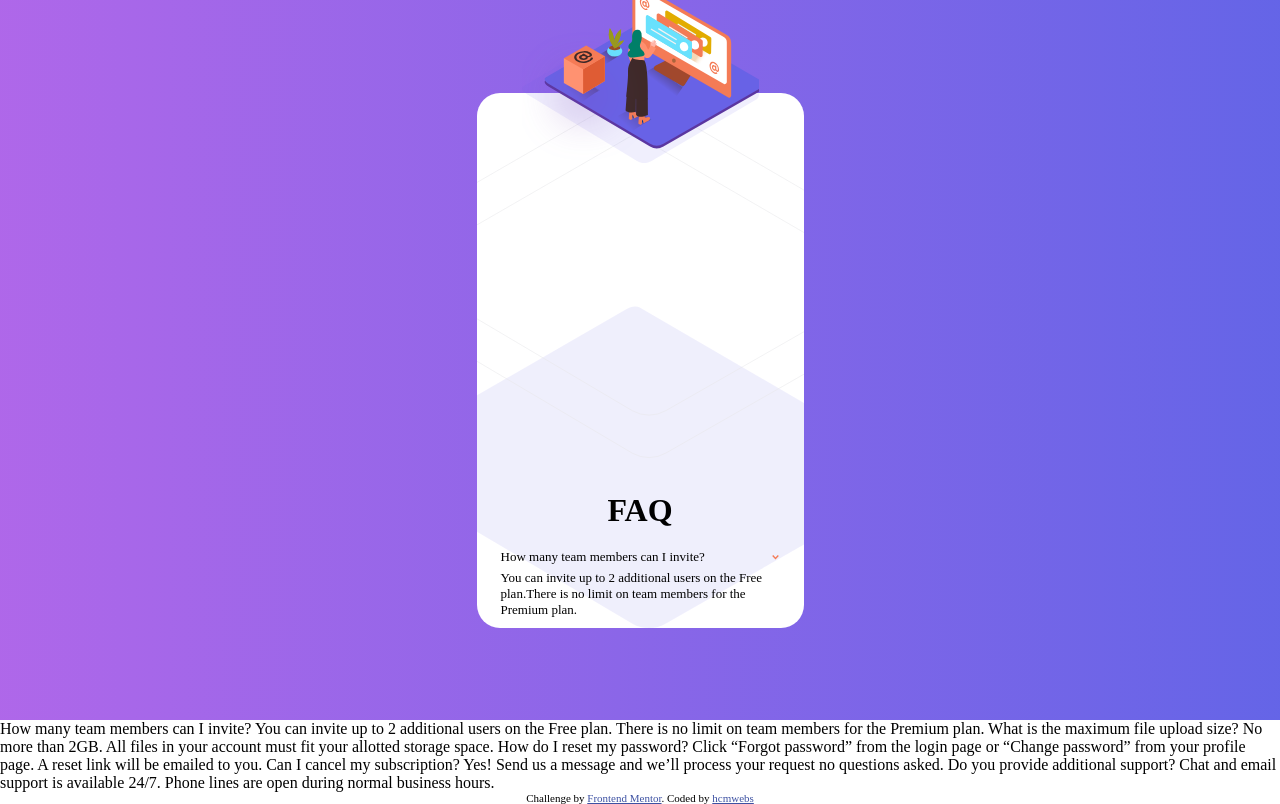
Repository: Hcmwebs/faq-accordion-card
Page: index.html
An editor plug-in stored every save of this project. The page is shown before and after the next save, followed by the edit.
The browser window is 1280 px wide. The pictures show the whole page.
The style sheet was rebuilt from its Sass, Less or Tailwind sources for each picture, by a compiler version that may differ from the author's.

Above is the page before, as saved 2020-11-06 01:44:58.

### index.html
<!DOCTYPE html>
<html lang="en">
  <head>
    <meta charset="UTF-8" />
    <meta name="viewport" content="width=device-width, initial-scale=1.0" />
    <!-- displays site properly based on user's device -->

    <link
      rel="icon"
      type="image/png"
      sizes="32x32"
      href="./images/favicon-32x32.png"
    />
    <link rel="stylesheet" href="css/main.min.css" />

    <title>Frontend Mentor | FAQ Accordion Card</title>

    <!-- Feel free to remove these styles or customise in your own stylesheet 👍 -->
    <style>
      .attribution {
        font-size: 11px;
        text-align: center;
      }
      .attribution a {
        color: hsl(228, 45%, 44%);
      }
    </style>
  </head>
  <body>
    <div class="container">
      <div class="card">
        <div class="card__header">
          <img
            src="/images/illustration-woman-online-mobile.svg"
            alt="image of a woman online"
          />
        </div>

        <div class="card__body">
          <h1 class="card__body--title">faq</h1>
          <div class="card__body--item">
            <div class="card__body--item--title">
              <h2>How many team members can I invite?</h2>
              <span>
                <img src="/images/icon-arrow-down.svg" alt="icon-arrow-down" />
              </span>
            </div>
            <p>
              You can invite up to 2 additional users on the Free <br />
              plan.There is no limit on team members for the Premium plan.
            </p>
          </div>
          <div class="divider"></div>
        </div>
      </div>
    </div>

    How many team members can I invite? You can invite up to 2 additional users
    on the Free plan. There is no limit on team members for the Premium plan.
    What is the maximum file upload size? No more than 2GB. All files in your
    account must fit your allotted storage space. How do I reset my password?
    Click “Forgot password” from the login page or “Change password” from your
    profile page. A reset link will be emailed to you. Can I cancel my
    subscription? Yes! Send us a message and we’ll process your request no
    questions asked. Do you provide additional support? Chat and email support
    is available 24/7. Phone lines are open during normal business hours.

    <div class="attribution">
      Challenge by
      <a href="https://www.frontendmentor.io?ref=challenge" target="_blank"
        >Frontend Mentor</a
      >. Coded by
      <a
        href="https://github.com/Hcmwebs/faq-accordion-card.git"
        target="_blank"
        rel="noopener noreferrer"
        >hcmwebs</a
      >
    </div>
  </body>
</html>

### scss/main.scss

// /*====fonts====*/

// @import url('https://fonts.googleapis.com/css2?family=Kumbh+Sans:wght@400;700&display=swap');

// $font-stack: 'Kumbh Sans',sans-serif;
// $font-size: 10px;
// $font-light: 400;
// $font-bold: 700;


// /*====primary color====*/
// /*====text-color====*/

// $veryDarkDesaturatedBlue: hsl(238, 29%, 16%);
// $softRed: hsl(14, 88%, 65%);

// /*====background -gradient====*/

// $gradientSoftViolet: hsl(273, 75%, 66%);
// $gradientSoftBlue: hsl(240, 73%, 65%);

// /*====Neutral color====*/
// /*====text-color====*/

// $veryDarkGrayishBlue: hsl(237, 12%, 33%);
// $darkGrayishBlue: hsl(240, 6%, 50%);

// /*====dividers-color====*/

// $dividersLightGrayishBlue: hsl(240, 5%, 91%);

@import 'variables';
@import 'mixins';


*{
  margin: 0;
  padding: 0;
  box-sizing: border-box;
}

.body{
width: 100%;
height: 100vh;
font-family: 'Kumbh Sans',sans-serif;
font-size: $font-size;
font-weight: $font-light;
@include grid($center, $center);
}

.container{
  width: 100%;
  height: 100vh;
  background: linear-gradient(90deg,$gradientSoftViolet 0%,$gradientSoftBlue 100%);
  @include flex($column, $center, $center);

  .card{
    width: 327px;
    height:535px;
    background-color: #fff;
    border-radius:23px;
    padding: 10px;
    @include flex(column,space-between,center);


    &__header{
      width: 237px;
      height: 180px;
      background-image: url(/images/bg-pattern-mobile.svg );
      background-size:contain;
      background-repeat: no-repeat;
      background-position: bottom center;
      transform: translateY(-120px);

      img{
        width: 100%;
        height: 100%;
        object-fit: cover;
      }

    }


    &__body{
      @include flex($column,$spaceBetween,$center);
      width: 100%;

      &--title{
      font-weight: $font-bold;
      font-size: 32px;
      text-transform: uppercase;
      margin-bottom: 20px;
      }

      &--item{
        width: 279px;

        @include grid($center,$center);


        &--title{
          width: 100%;
          @include flex($row,$spaceBetween,$center);

          h2{
            font-size: 13px;
            font-weight: $font-light;
          }
          span{
            width: 8px;
            height: 4px;
            color:$softRed;
            @include grid($center,$center);



            img{
              width: 100%;
              height: 100%;
              object-fit: cover;

            }
          }
        }

        p{
          font-size: 13px;
          margin-top: 5px;
          // display: none;
        }

      }


    }

  }
}

@import 'medias';

### scss/_variables.scss
/*====fonts====*/

@import url('https://fonts.googleapis.com/css2?family=Kumbh+Sans:wght@400;700&display=swap');

$font-stack: 'Kumbh Sans',sans-serif;
$font-size: 10px;
$font-light: 400;
$font-bold: 700;


/*====primary color====*/
/*====text-color====*/

$veryDarkDesaturatedBlue: hsl(238, 29%, 16%);
$softRed: hsl(14, 88%, 65%);

/*====background -gradient====*/

$gradientSoftViolet: hsl(273, 75%, 66%) ;
$gradientSoftBlue: hsl(240, 73%, 65%);

/*====Neutral color====*/
/*====text-color====*/

$veryDarkGrayishBlue: hsl(237, 12%, 33%);
$darkGrayishBlue: hsl(240, 6%, 50%);

/*====dividers-color====*/

$dividersLightGrayishBlue: hsl(240, 5%, 91%);


/*====alignments====*/
$flexStart: flex-start;
$flexEnd: flex-End;
$center: center;
$spaceAround: space-around;
$spaceBetween: space-between;


/*====placeItems====*/

$placeItems: place-items;


/*====justify====*/

$justify: justify-content;

/*====align====*/
$align: align-items;

/*====direction====*/
$direction: flex-direction;
$row:row;
$column:column;

### scss/_mixins.scss
/*====grid====*/
@mixin grid ($justify,$align){

  display: grid;
  justify-content: $justify;
  align-items: $align;
}

@mixin flex ($direction, $justify, $align) {
  display: flex;
  flex-direction: $direction;
  justify-content: $justify;
  align-items: $align;

}

### scss/_medias.scss
/*====Mobile: 375px;====*/
/*====Desktop: 1440px;====*/


@media(max-width: 1440px){
  .container{
    min-width: 800px;


    .card{
      background-position: center center;
      background-repeat:no-repeat;
      background-size:cover;
      background-image:url(/images/bg-pattern-desktop.svg);
    }
  }
}

@media(max-width:375px){
  .container{
    min-width:320px;
  }
}

After the next save:
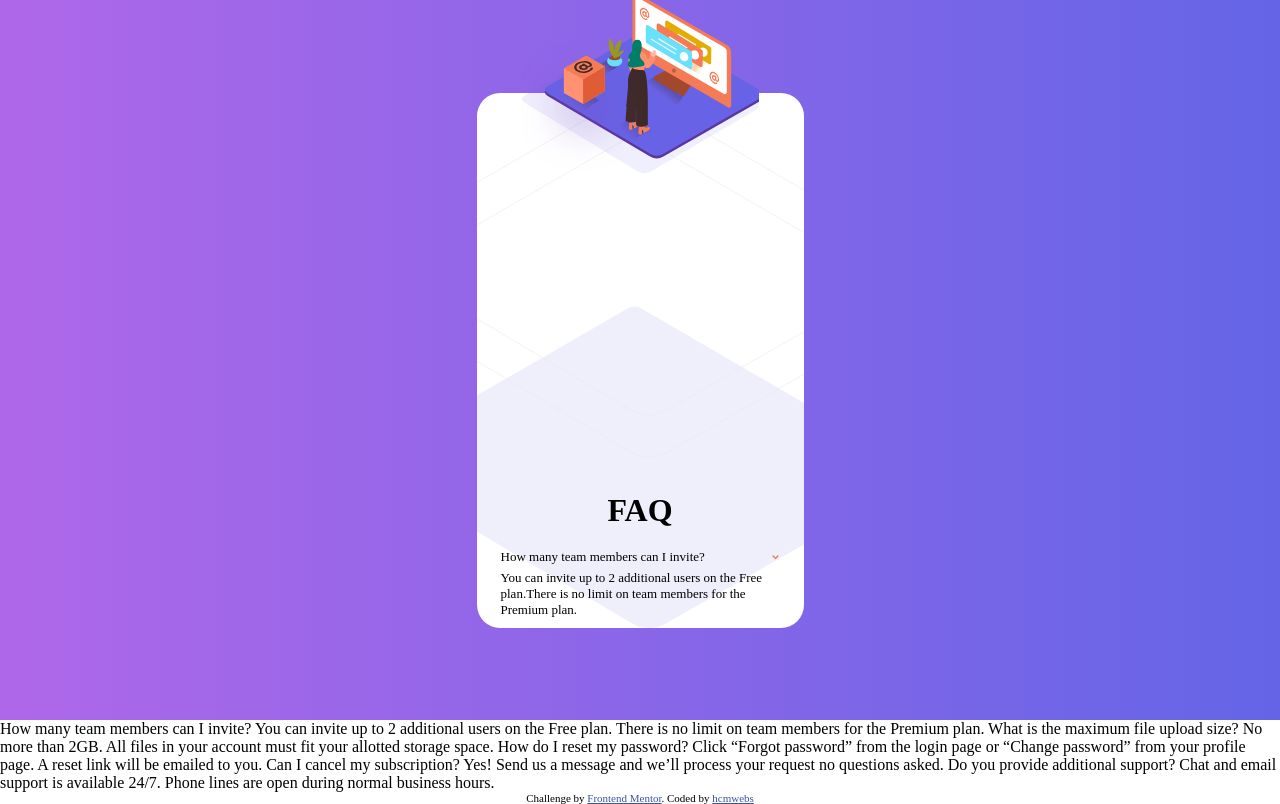
Saved 12 s later.
--- a/scss/main.scss
+++ b/scss/main.scss
@@ -71,7 +71,7 @@ font-weight: $font-light;
       background-size:contain;
       background-repeat: no-repeat;
       background-position: bottom center;
-      transform: translateY(-120px);
+      transform: translateY(-110px);
 
       img{
         width: 100%;
